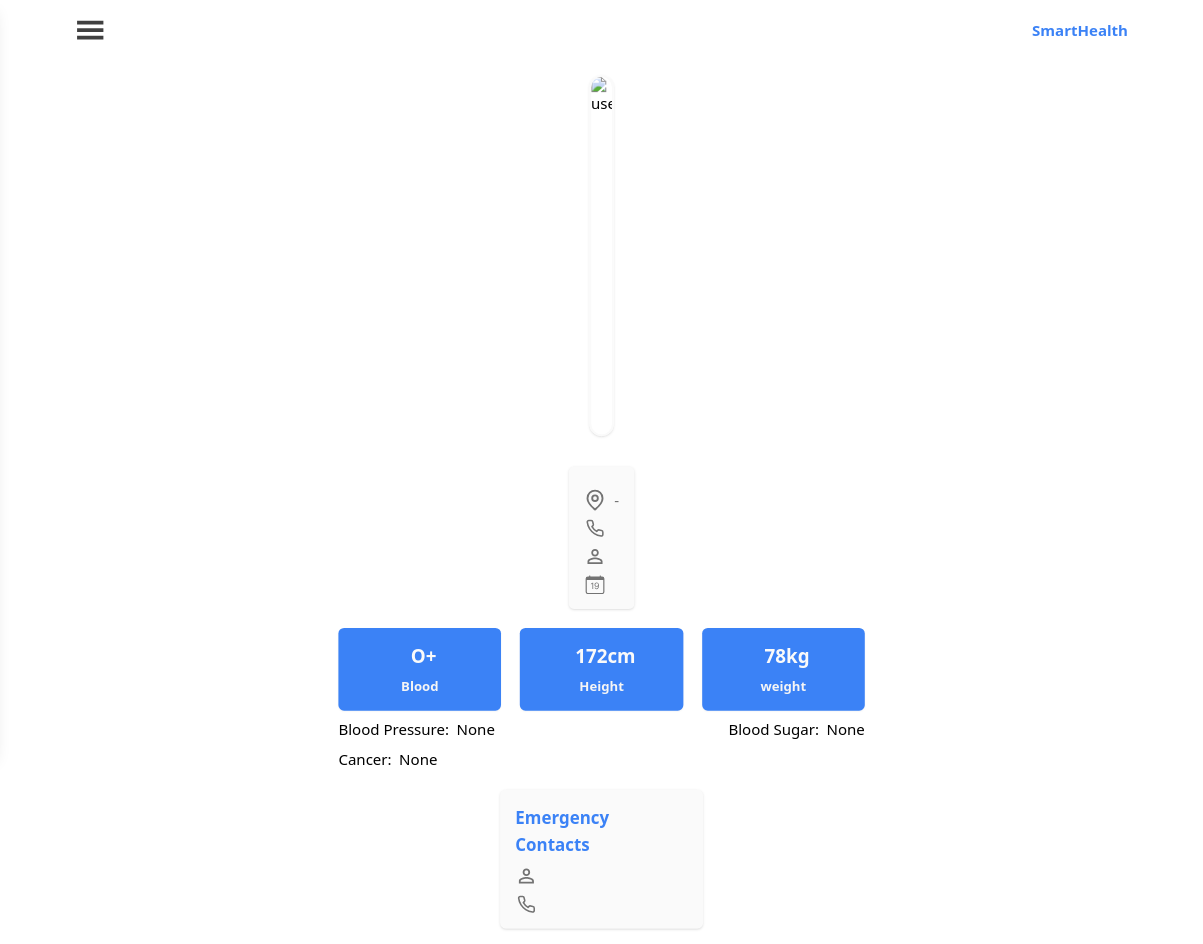
Repository: Sanaa00/HI-user
Page: /home
These files come from the project's save history. The page is drawn as it stood at one moment and after the next save; the edit follows.
The browser window is 1280 px wide. The pictures show the whole page, at 94% of full size.
The page's requests for data from a server got no answer. The project was rebuilt for these pictures with package versions that can differ from the ones it lists, and the page was loaded fresh each time. No one was signed in, and anything a server would have sent is missing. Also part of the build but not shown: vite.config.js, src/App.css, src/Components/Pagination.jsx, src/Pages/Prescription.jsx, src/Components/modalComponent.jsx, src/Pages/Laboratory.jsx, src/Pages/Radiographic.jsx, src/Components/InputField.jsx and 2 more.

Above is the page before, as saved 2024-01-12 21:48:27.

### src/main.jsx
import React from 'react';
import ReactDOM from 'react-dom/client';
import App from './App.jsx';
import './index.css';
import Modal from 'react-modal';
import { BrowserRouter } from 'react-router-dom';
Modal.setAppElement('#root');
ReactDOM.createRoot(document.getElementById('root')).render(
  <React.StrictMode>
    <BrowserRouter>
      {/* <Provider store={store}> */}
      <App />
      {/* </Provider>{' '} */}
    </BrowserRouter>
  </React.StrictMode>,
);

### src/App.jsx
import { Route, Routes } from 'react-router-dom';
import './App.css';
import Home from './Pages/Home';
// import Test from './Pages/Test';
import Navbar from './Components/Navbar';
import Prescription from './Pages/Prescription';
import Laboratory from './Pages/Laboratory';
import Radiographic from './Pages/Radiographic';
import ModalComponent from './Components/modalComponent';
import Login from './Pages/Login';
import SignUp from './Pages/SignUp';

function App() {
  return (
    <>
      <Navbar />
      <Routes>
        <Route path="/home" element={<Home />} />
        <Route path="/laboratory" element={<Laboratory />}>
          <Route path=":id" element={<ModalComponent />} />
        </Route>
        <Route path="/Radiographic" element={<Radiographic />} />
        <Route path="/Prescription" element={<Prescription />} />
        <Route path="/" element={<Login />} />
        <Route path="/signup" element={<SignUp />} />
        {/* <Route path="products" element={<Products />} />
          <Route path="setting" element={<Setting />} />
          <Route path="hide" element={<HideProducts />} /> */}
        {/* </Route> */}
      </Routes>
    </>
  );
}

export default App;

### src/Pages/Home.jsx
import { useEffect, useState } from 'react';
import { supabase } from '../supabaseClient';
import { FaLocationDot, FaPhone } from 'react-icons/fa6';
import { LuPhone } from 'react-icons/lu';
import { MdPermIdentity } from 'react-icons/md';
import { CiPhone } from 'react-icons/ci';
import { GrLocation } from 'react-icons/gr';
import { BsCalendarDate } from 'react-icons/bs';

function Home() {
  const [data, setData] = useState([]);

  useEffect(() => {
    const fetchData = async () => {
      const { data, error } = await supabase
        .from('personInformation')
        .select('*')
        .eq('id', 34567890)
        .single();
      console.log('first', data);
      if (error) console.log('Error', error);
      else setData(data);
    };

    fetchData();
  }, []);
  return (
    <div className="mt-16 min-h-screen p-4 sm:px-10 md:px-20  flex flex-col lg:items-center">
      <div className="flex justify-center items-center">
        {console.log(data)}{' '}
        <img
          className="object-cover rounded-full w-72 border-2 border-neutral-50 shadow h-72 lg:w-1/2 lg:h-96 "
          src={data.userImage}
          alt="user"
        />
      </div>
      {/* <div className="mt-5 text-center font-bold text-lg lg:w-1/2">
        Personal Information
      </div> */}
      <div className="mt-3 lg:w-1/2 flex justify-center items-center">
        {/* <span>Name:</span> */}
        <span className="ml-2 font-semibold">{data.fullName}</span>
      </div>{' '}
      {/* <div className="mt-2 flex justify-between items-center lg:w-1/2"> */}
      {/* <span>
          {' '}
          <span>DOB:</span>
          <span className="ml-2">{data.dateOfBirth}</span>
        </span>{' '}
        <span>
          {' '}
          <span>Gender:</span>
          <span className="ml-2">{data.gender}</span>
        </span> */}
      {/* </div>{' '} */}
      <div className="mt-5  bg-neutral-50 text-neutral-500 rounded-md p-4 shadow ">
        {' '}
        <div className="mt-2 flex justify-between items-center lg:w-1/2">
          <span className="flex items-center flex-row">
            {' '}
            <span>
              <GrLocation className="w-6 h-6" />
            </span>
            <span className="ml-2">
              {data.city}-{data.address}
            </span>
          </span>
        </div>
        {/* ****************** */}
        <div className="mt-2 flex justify-between items-center lg:w-1/2">
          <span className="flex items-center">
            {' '}
            <span>
              <LuPhone className="w-6 h-5" />
            </span>
            <span className="ml-2">{data.contactNumber}</span>
          </span>{' '}
        </div>{' '}
        <div className="mt-2 flex justify-between items-center lg:w-1/2">
          <span className="flex items-center">
            {' '}
            <span>
              <MdPermIdentity className="w-6 h-6" />
            </span>
            <span className="ml-2">{data.id}</span>
          </span>{' '}
        </div>{' '}
        <div className="mt-2 flex justify-between items-center lg:w-1/2">
          <span className="flex items-center">
            {' '}
            <span>
              <BsCalendarDate className="w-6 h-5" />
            </span>
            <span className="ml-2">{data.dateOfBirth}</span>
          </span>{' '}
        </div>
      </div>
      {/* **********vital information*********** */}
      <div className="mt-5 text-neutral-50 grid grid-cols-3 gap-5 justify-between items-center  text-lg lg:w-1/2">
        {' '}
        {/* <div className="mt-2 flex justify-between items-center lg:w-1/2"> */}
        <div className="w-full flex flex-col items-center justify-center bg-blue-500 p-4 rounded-md shadow-sm ">
          {' '}
          <div className="ml-2 text-xl font-bold">O+</div>
          <div className="text-sm font-semibold text-neutral-100 mt-2">
            Blood
          </div>
        </div>{' '}
        {/* </div>{' '} */}
        {/* <div className="mt-2 flex justify-between items-center lg:w-1/2"> */}
        <div className="flex w-full flex-col justify-center items-center bg-blue-500 p-4 rounded-md shadow-sm">
          {' '}
          <div className="text-center ml-2 text-xl font-bold">172cm</div>{' '}
          <div className="text-center text-sm font-semibold text-neutral-100 mt-2">
            Height
          </div>
        </div>{' '}
        <div className="flex flex-col justify-center items-center bg-blue-500 p-4 rounded-md shadow-sm w-full">
          {' '}
          <div className="ml-2 text-xl font-bold">78kg</div>
          <div className="text-sm font-semibold text-neutral-100 mt-2">
            weight
          </div>
        </div>{' '}
      </div>{' '}
      {/* </div> */}
      {/* <div className="mt-2 flex justify-between items-center lg:w-1/2">
        <span>
          {' '}
          <span>Blood Type:</span>
          <span className="ml-2">O+</span>
        </span>{' '}
      </div>{' '}
      <div className="mt-2 flex justify-between items-center lg:w-1/2">
        <span>
          {' '}
          <span>Height:</span>
          <span className="ml-2">172 cm</span>
        </span>{' '}
        <span>
          {' '}
          <span>weight:</span>
          <span className="ml-2">78 kg</span>
        </span>{' '}
      </div>{' '} */}
      <div className="mt-2 flex justify-between items-center lg:w-1/2">
        <span>
          {' '}
          <span>Blood Pressure:</span>
          <span className="ml-2">None</span>
        </span>{' '}
        <span>
          {' '}
          <span>Blood Sugar:</span>
          <span className="ml-2">None</span>
        </span>{' '}
      </div>{' '}
      <div className="mt-2 flex justify-between items-center lg:w-1/2">
        <span>
          {' '}
          <span>Cancer:</span>
          <span className="ml-2">None</span>
        </span>{' '}
      </div>{' '}
      {/* ***************Emergency Contacts********** */}
      <div className="mt-5  bg-neutral-50 text-neutral-500 rounded-md p-4 shadow ">
        {' '}
        <div className=" font-bold text-blue-500 text-lg lg:w-1/2">
          Emergency Contacts
        </div>
        <div className="mt-2 flex items-center lg:w-1/2">
          {/* <span> */} {/* <span> */} <MdPermIdentity className="w-6 h-6" />
          {/* </span> */}
          <span className="ml-2">{data.emergencyContactName}</span>
          {/* </span>{' '} */}
        </div>{' '}
        {/* <div className="mt-2 flex justify-between items-center lg:w-1/2">
          <span>
            {' '}
            <span>Relationship to the patient:</span>
            <span className="ml-2">Boy</span>
          </span>{' '}
        </div>{' '} */}
        <div className="mt-2  flex justify-between items-center lg:w-1/2">
          <span className="flex items-center">
            {' '}
            <span>
              {' '}
              <LuPhone className="w-6 h-5" />
            </span>
            <span className="ml-2">{data.emergencyContactNumber}</span>
          </span>{' '}
        </div>
      </div>
      {/* <div className="mt-5 font-bold text-blue-500 text-lg lg:w-1/2">
        Emergency Contacts
      </div>
      <div className="mt-2 flex justify-between items-center lg:w-1/2">
        <span>
          {' '}
          <span>Name:</span>
          <span className="ml-2">{data.emergencyContactName}</span>
        </span>{' '}
      </div>{' '}
      <div className="mt-2 flex justify-between items-center lg:w-1/2">
        <span>
          {' '}
          <span>Relationship to the patient:</span>
          <span className="ml-2">Boy</span>
        </span>{' '}
      </div>{' '}
      <div className="mt-2 mb-5 flex justify-between items-center lg:w-1/2">
        <span>
          {' '}
          <span>Contact Number:</span>
          <span className="ml-2">{data.emergencyContactNumber}</span>
        </span>{' '}
      </div> */}
    </div>
  );
}

export default Home;

### src/Components/Navbar.jsx
import { useState } from 'react';
import { Link, NavLink } from 'react-router-dom';
import { GiHamburgerMenu } from 'react-icons/gi';
import { IoCloseSharp } from 'react-icons/io5';
function Navbar() {
  const [open, setOpen] = useState(false);
  return (
    <div className="flex text-neutral-700 top-0 z-50 fixed px-4 sm:px-10 md:px-20 justify-between items-center bg-white h-16 w-full">
      <div
        className={` flex justify-between hover:bg-opacity-80 duration-500 hover:duration-500 items-center w-full h-full text-lg font-bold`}
      >
        <button onClick={() => setOpen(!open)} className="">
          <GiHamburgerMenu className="w-8 h-8" />
        </button>{' '}
        <div
          className={` bg-white rounded-sm  flex flex-col fixed w-4/5 lg:w-96 top-0 z-40 left-0 shadow-lg transform duration-500 ease-in-out ${
            open ? 'translate-x-0' : '-translate-x-full'
          }`}
        >
          <button
            onClick={() => setOpen(!open)}
            className="mt-3 mb-2 left-0 px-3 flex h-16"
          >
            <IoCloseSharp className="w-9 h-9" />
          </button>

          <div className="w-full h-screen flex flex-col text-orange p-4">
            <Link to="/home" onClick={() => setOpen(!open)} className="pb-3">
              Person Information
            </Link>
            <Link
              to="/Radiographic"
              onClick={() => setOpen(!open)}
              className="py-3"
            >
              Radiographic examination
            </Link>
            <Link
              to="/laboratory"
              onClick={() => setOpen(!open)}
              className="py-3"
            >
              Laboratory examination
            </Link>
            <Link
              to="/Prescription"
              onClick={() => setOpen(!open)}
              className="py-3"
            >
              Prescription
            </Link>
          </div>
        </div>
      </div>
      <NavLink to="/home" className="ml-2 font-bold text-blue-500">
        SmartHealth
      </NavLink>
    </div>
  );
}

export default Navbar;

### src/supabaseClient.js
import { createClient } from '@supabase/supabase-js';

const supabaseUrl =
    import.meta.env.VITE_REACT_APP_SUPABASE_URL;
const supabaseAnonKey =
    import.meta.env.VITE_REACT_APP_SUPABASE_ANON_KEY;

export const supabase = createClient(supabaseUrl, supabaseAnonKey);

Loaded but not shown: index.html (common file); src/index.css (common file); tailwind.config.js (common file)

After the next save:
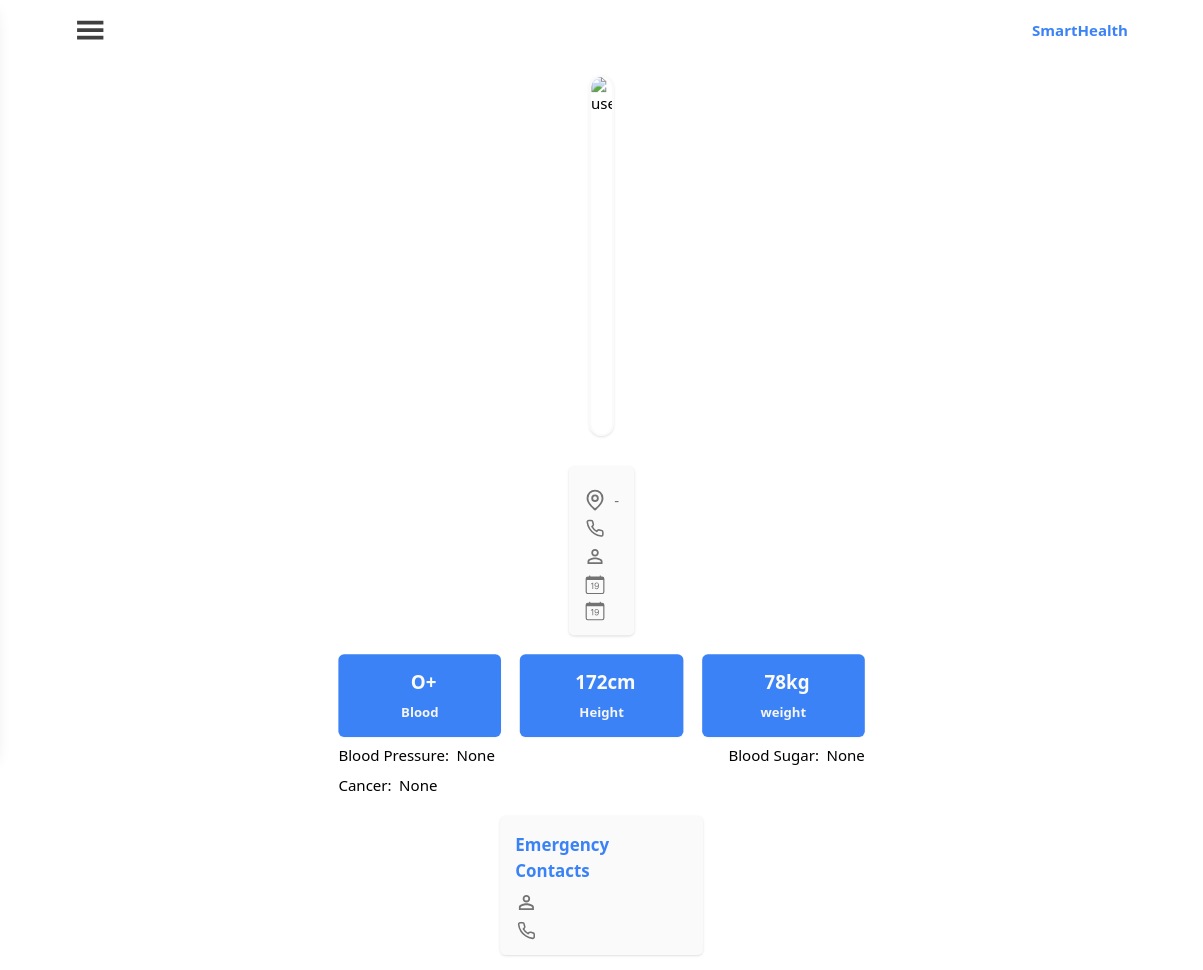
Saved 117 s later.
--- a/src/Pages/Home.jsx
+++ b/src/Pages/Home.jsx
@@ -93,6 +93,15 @@ function Home() {
             </span>
             <span className="ml-2">{data.dateOfBirth}</span>
           </span>{' '}
+        </div>{' '}
+        <div className="mt-2 flex justify-between items-center lg:w-1/2">
+          <span className="flex items-center">
+            {' '}
+            <span>
+              <BsCalendarDate className="w-6 h-5" />
+            </span>
+            <span className="ml-2">{data.dateOfBirth}</span>
+          </span>{' '}
         </div>
       </div>
       {/* **********vital information*********** */}
